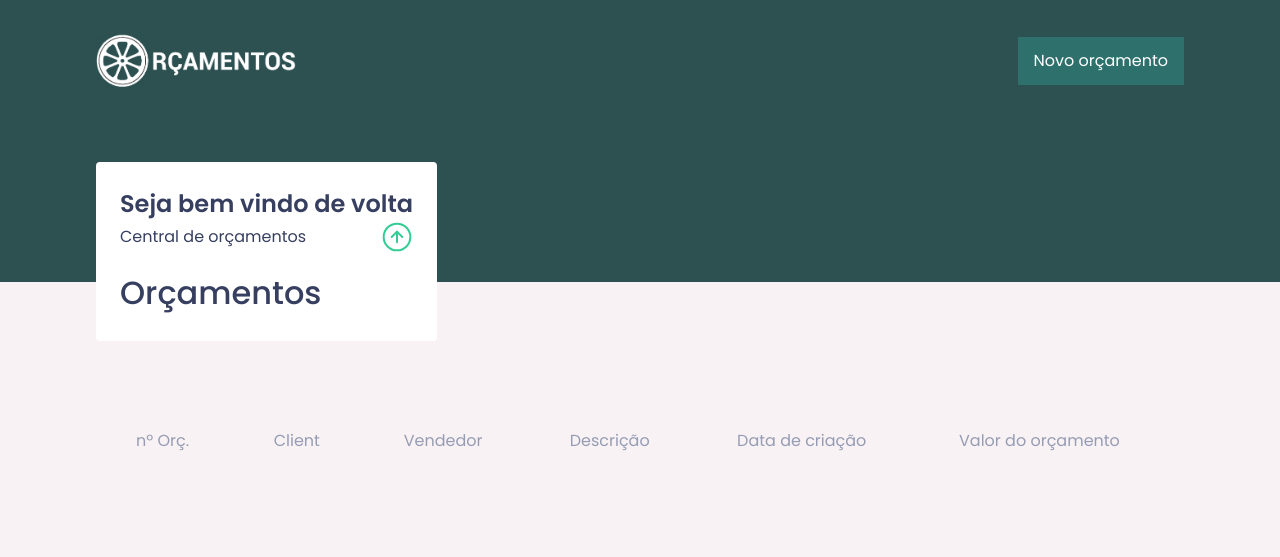
Repository: soualexandre/frentend-botOrcamentos
Page: /
The author's editor kept a copy of each file at every save. The page is drawn from the files as they stood at one save, then again after the next save.
The browser window is 1280 px wide. The pictures show the whole page.
The page's requests for data from a server got no answer. The project was rebuilt for these pictures with package versions that can differ from the ones it lists, and the page was loaded fresh each time. No one was signed in, and anything a server would have sent is missing.

Above is the page before, as saved 2021-07-20 17:44:24.

After the next save:
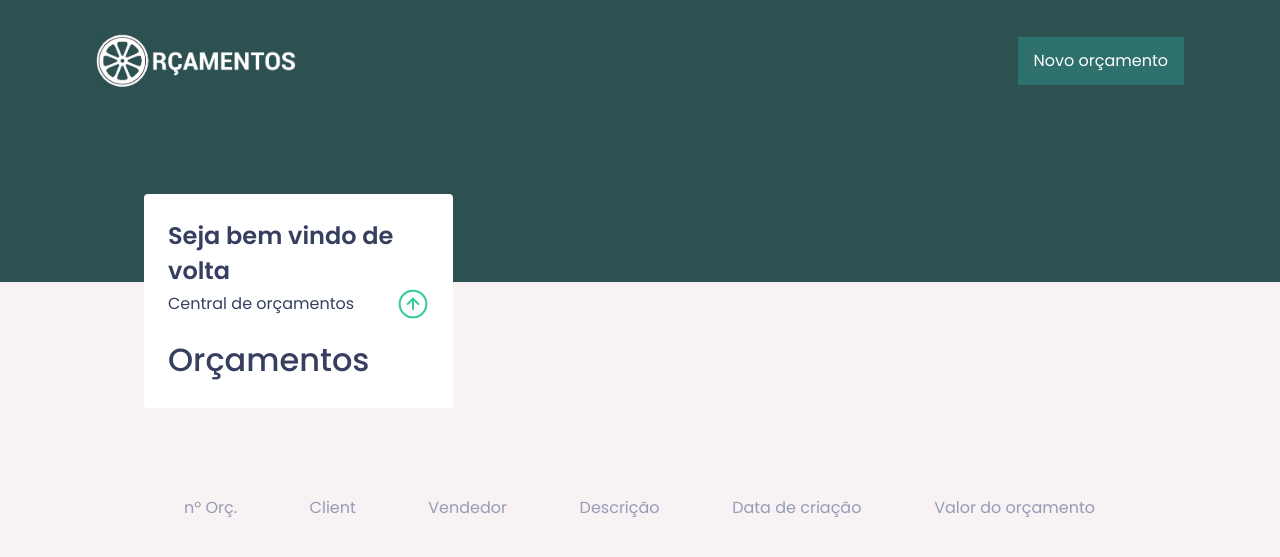
Saved 27 s later.
--- a/src/components/Dashboard/styles.ts
+++ b/src/components/Dashboard/styles.ts
@@ -1,10 +1,7 @@
 import styled from 'styled-components'
 
 export const Container = styled.header`
-    max-width: 1120PX;
+    max-width: 80%;
     margin:0 auto;
-    padding: 2.5rem 1rem;
-
-
-
+    padding: 4.5rem 1rem;
 `;
